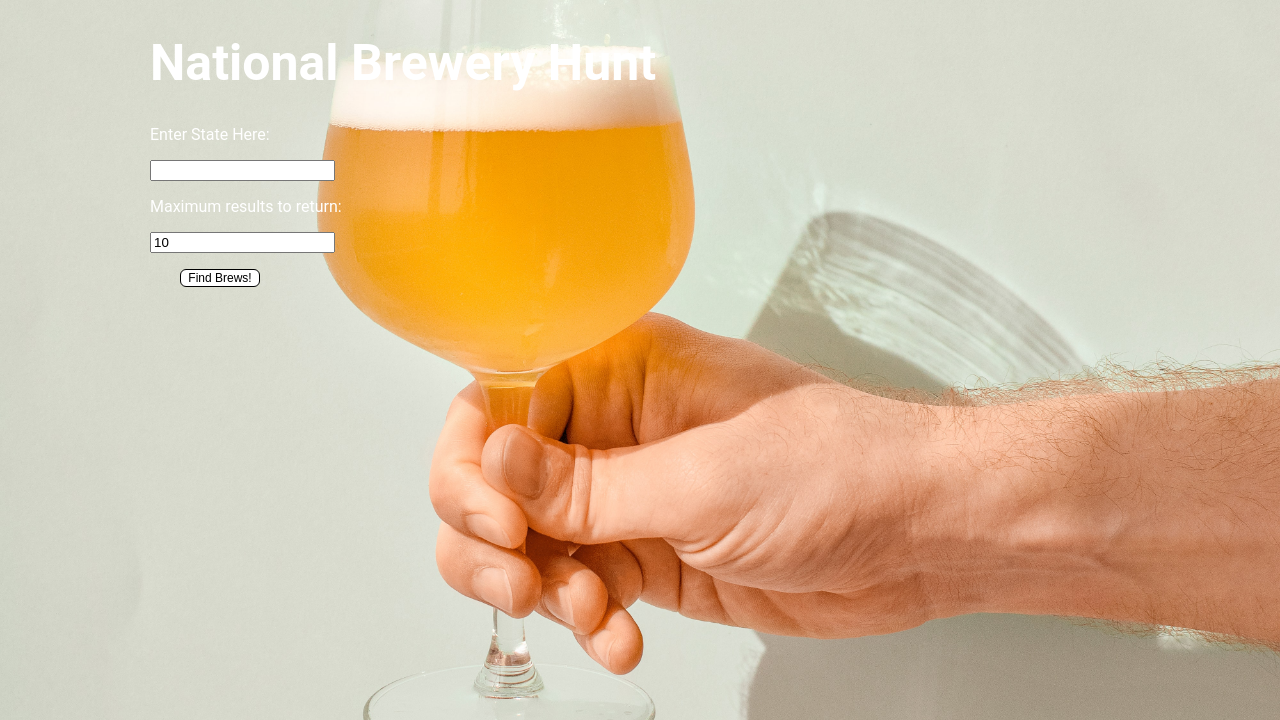
Repository: kaitlynMidori/searchBrews
Page: index.html
An editor plug-in stored every save of this project. The page is shown before and after the next save, followed by the edit.
The browser window is 1280 px wide. The pictures show the whole page.

Above is the page before, as saved 2021-04-24 12:41:19.

### index.html
<!DOCTYPE html>
<html lang="en">

<head>
    <meta charset="UTF-8" />
    <meta name="viewport" content="width=device-width, initial-scale=1.0" />
    <meta http-equiv="X-UA-Compatible" content="ie=edge" />
    <title>National Brewery Hunt</title>
    <link rel="stylesheet" href="style.css" />
</head>

<body>
    <div id="container">
        <h1>National Brewery Hunt</h1>

        <form id="search-form">

                <p><label for="by_state">Enter State Here:</label></p>
                <p><input type="text" name="by_state" id="by_state" required /></p>



                <p><label for="max-results">Maximum results to return: </label></p>
                <p><input type="number" name="max-results" id="max-results" value="10" /></p>

            <p>
                <input type="submit" value="Find Brews!" class="submit" />
            </p>
        </form>

        <p id="error-message"></p>

        <section id="results" class="hidden">
            <h2>Search Results:</h2>
            <ol id="results-list"></ol>
        </section>
    </div>
    <script src="https://code.jquery.com/jquery-3.3.1.js" integrity="sha256-2Kok7MbOyxpgUVvAk/HJ2jigOSYS2auK4Pfzbm7uH60=" crossorigin="anonymous"></script>
    <script src="app.js"></script>
</body>

</html>
<!-- This app doesn't follow a11y best practices, and the JS file is incomplete. Complete the getBreweries, displayResults, and watchSubmit functions. When you're done, this app should allow a user to search for a state, and display a list of breweries in that state. The list should include the brewery's name and a link to their website. You should make requests to this API: https://www.openbrewerydb.org/ . Make any necessary adjustments to make this app accessible. -->

### style.css

body {
    font-family: "Roboto", sans-serif;
    color: white;
    margin: auto;
    background: cover;
    background: url("images/beer.jpg") no-repeat center center fixed;
    -webkit-background-size: 100% auto;
    -moz-background-size: 100% auto;
    -ms-background-size: 100% auto;
    -o-background-size: 100% auto;
    background-size: 100% auto;
}

.hidden {
    display: none;
}

h1  {
    text-align: left;
    font-size: 50px;
    margin-left: 150px;
}

h2 {
    text-align: left;
    text-decoration: underline;
    margin-left: 150px;
    padding-top: 20px;
}

/* .search-form {
    text-align: center;
    display: flex;
    flex-direction: column;
    width: auto;
    border: 1px solid black;
    padding: 30px;
    margin-left: 100px;
    margin-right: 100px;
    margin-bottom: 50px;
    border-radius: 8px;
} */

/* legend {
    text-align: left;
} */

form p {

    margin-left: 150px;
    display: flex;
    width: auto;
    justify-content: left;

}

/* .results-list {
    margin: auto;
    width: 50px;
    height: 25px;
    padding: 0px;
    text-align: left;
    margin-bottom: 10px;
    margin-top: 10px;
    border-radius: 6px;
} */



.submit {
    border: 1px solid black;
    background-color: white;
    justify-content: left;
   margin-left: 30px;
    width: 80px;
    height: 18px;
    border-radius: 6px;
    padding: 1px;
    font-size: 12px;
}

.submit:hover {
    cursor: pointer;
}

/* .results-amount:hover {
    cursor: text;
} */


/*Results Styling*/

/* .results-display-container {
    margin: auto;
} */

/* .single-result {
    border: 1px solid rgb(177, 175, 175);
    margin: auto;
    border-radius: 8px;
    box-shadow: -1px 2px rgb(209, 209, 209);
    padding: 15px;
    width: 1000px;
    margin-bottom: 15px;
} */

### app.js
"use strict";

const searchURL = ("https://api.openbrewerydb.org/breweries");

 //format query params
function formatQueryParams(params) {
    //return object array with params
   const queryItems = Object.keys(params)
   //produce object map param string key
     .map(key => `${key}=${params[key]}`)
     //return array as string
   return queryItems.join('&');
 }

function displayResults(responseJson, maxResults) {

    // if there are previous results, remove them
    console.log(responseJson);
    $("#results-list").empty();

    // iterate through the data array
    // list brewery name, city, url
    for (let i = 0; i < responseJson.length; i++) {
    $("#results-list").append(`<li class="each-product-result">

    <h3 class="product-name">${responseJson[i].name}</h3>
    <p class="product-price">${responseJson[i].city}</p>
    <p>Brewery page: <a href=${responseJson[i].website_url}>${responseJson[i].website_url}</a></p><br>
    <br>
    </li>`
      )
  };
    //display the results section
    $("#results").removeClass("hidden");
}

//getBreweries function
function getBreweries(query, maxResults) {
    //set API paramaters
    const params = {
        by_state: query,
        per_page: maxResults,
    };
    //declare queryString as formatQueryParams
    const queryString = formatQueryParams(params);
    //declare url to bind user input string to searchUrl
    const url = searchURL + "?" + queryString;
    console.log(url);
    //initiate fetch request using pure promise to get JSON object
    fetch(url)
    //check for resolved promise
        .then((response) => {
            // if response = true
            if (response.ok) {
                //return response object
                return response.json();
            }
            //raise exception to reject promise error and trigger .catch
            throw new Error(response.statusText);
        })
        .then((responseJson) => displayResults(responseJson, maxResults))
        //Catch any errors and return message
        .catch((err) => {
            $("#error-message").text(`Something went wrong: ${err.message}`);
        });
}

function watchForm() {
    // Bind an event handler to the “submit” JavaScript event
    $("form").submit((event) => {
        // If this method is called, the default action of the event will not be triggered.
        event.preventDefault();
        let by_state = $("#by_state").val();
	// by_state = by_state.replace(/\s/g, '');
        const maxResults = $("#max-results").val();
        getBreweries(by_state, maxResults);
    });
}

//call jQuery to pass in callback function when page loads
$(watchForm);

After the next save:
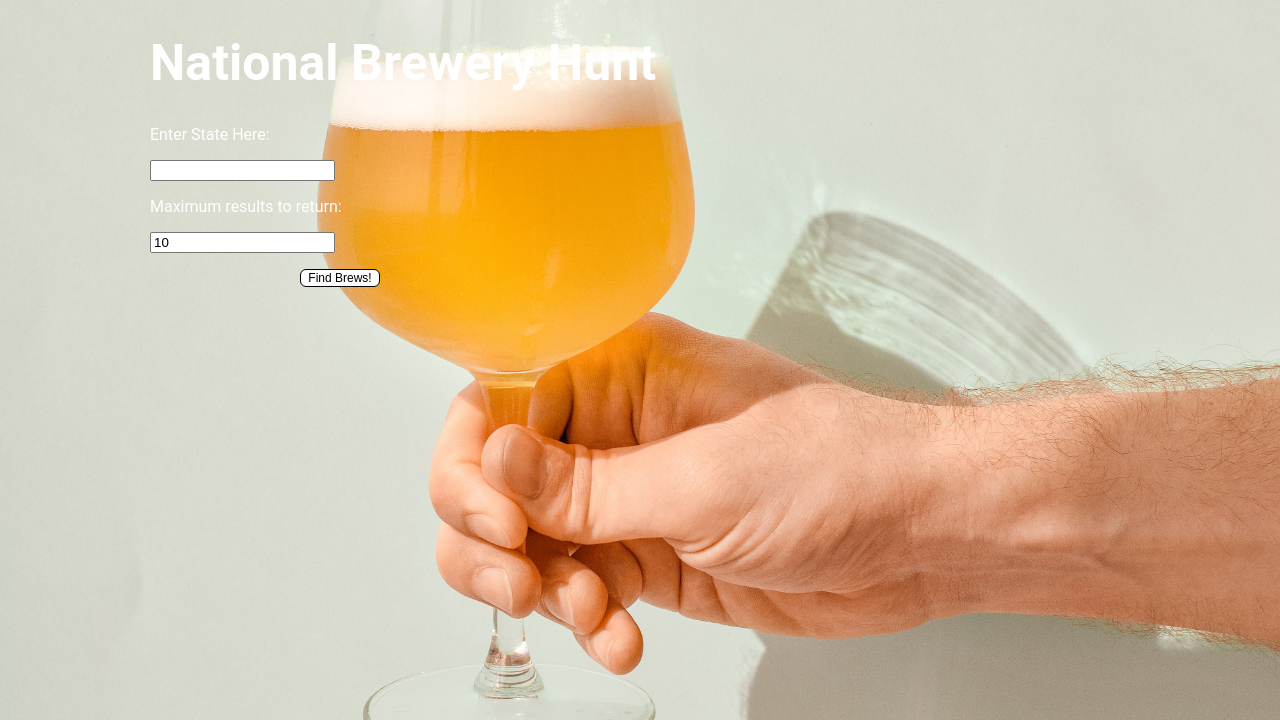
Saved 11 s later.
--- a/style.css
+++ b/style.css
@@ -72,7 +72,7 @@ form p {
     border: 1px solid black;
     background-color: white;
     justify-content: left;
-   margin-left: 30px;
+   margin-left: 150px;
     width: 80px;
     height: 18px;
     border-radius: 6px;
